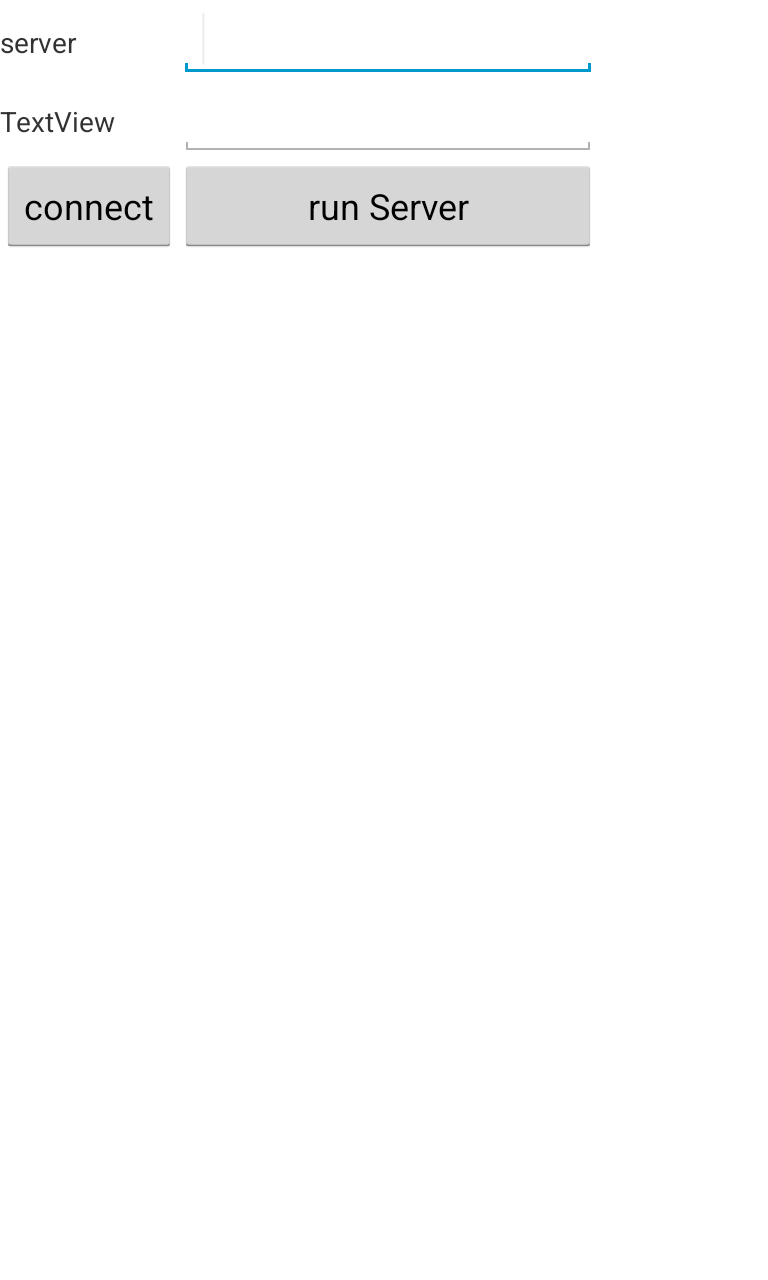
Repository: supremehappy/Android
Layout: MessengerTest1/res/layout/activity_main.xml
These files come from the project's save history. The layout is drawn as it stood at one moment and after the next save; the edit follows.
It is drawn on a 768 x 1280 px phone screen (xhdpi) without system bars, with theme AppTheme; the app's code is not run.

Above is the layout before, as saved 2017-09-05 01:27:47.

### MessengerTest1/res/layout/activity_main.xml
<LinearLayout xmlns:android="http://schemas.android.com/apk/res/android"
    xmlns:tools="http://schemas.android.com/tools"
    android:id="@+id/LinearLayout1"
    android:layout_width="match_parent"
    android:layout_height="match_parent"
    android:orientation="vertical"
    tools:context="${relativePackage}.${activityClass}" >

    <TableLayout
        android:layout_width="match_parent"
        android:layout_height="wrap_content" >

        <TableRow
            android:id="@+id/tableRow1"
            android:layout_width="wrap_content"
            android:layout_height="wrap_content" >

            <TextView
                android:id="@+id/textView1"
                android:layout_width="wrap_content"
                android:layout_height="wrap_content"
                android:text="server" />

            <EditText
                android:id="@+id/server_ip"
                android:layout_width="wrap_content"
                android:layout_height="wrap_content"
                android:ems="10" >

                <requestFocus />
            </EditText>

        </TableRow>

        <TableRow
            android:id="@+id/tableRow2"
            android:layout_width="wrap_content"
            android:layout_height="wrap_content" >

            <TextView
                android:id="@+id/textView2"
                android:layout_width="wrap_content"
                android:layout_height="wrap_content"
                android:text="TextView" />

            <EditText
                android:id="@+id/server_port"
                android:layout_width="wrap_content"
                android:layout_height="wrap_content"
                android:ems="10" />

        </TableRow>

        <TableRow
            android:id="@+id/tableRow3"
            android:layout_width="wrap_content"
            android:layout_height="wrap_content" >

            <Button
                android:id="@+id/connect_to_server"
                android:layout_width="wrap_content"
                android:layout_height="wrap_content"
                android:text="connect" />

            <Button
                android:id="@+id/run_as_server"
                android:layout_width="wrap_content"
                android:layout_height="wrap_content"
                android:text="run Server" />

        </TableRow>

        <TableRow
            android:id="@+id/tableRow4"
            android:layout_width="wrap_content"
            android:layout_height="wrap_content" >
        </TableRow>
    </TableLayout>

</LinearLayout>

Loaded but not shown: MessengerTest1/res/values/styles.xml (common file); MessengerTest1/res/values-v11/styles.xml (common file); MessengerTest1/res/values-v14/styles.xml (common file)

After the next save:
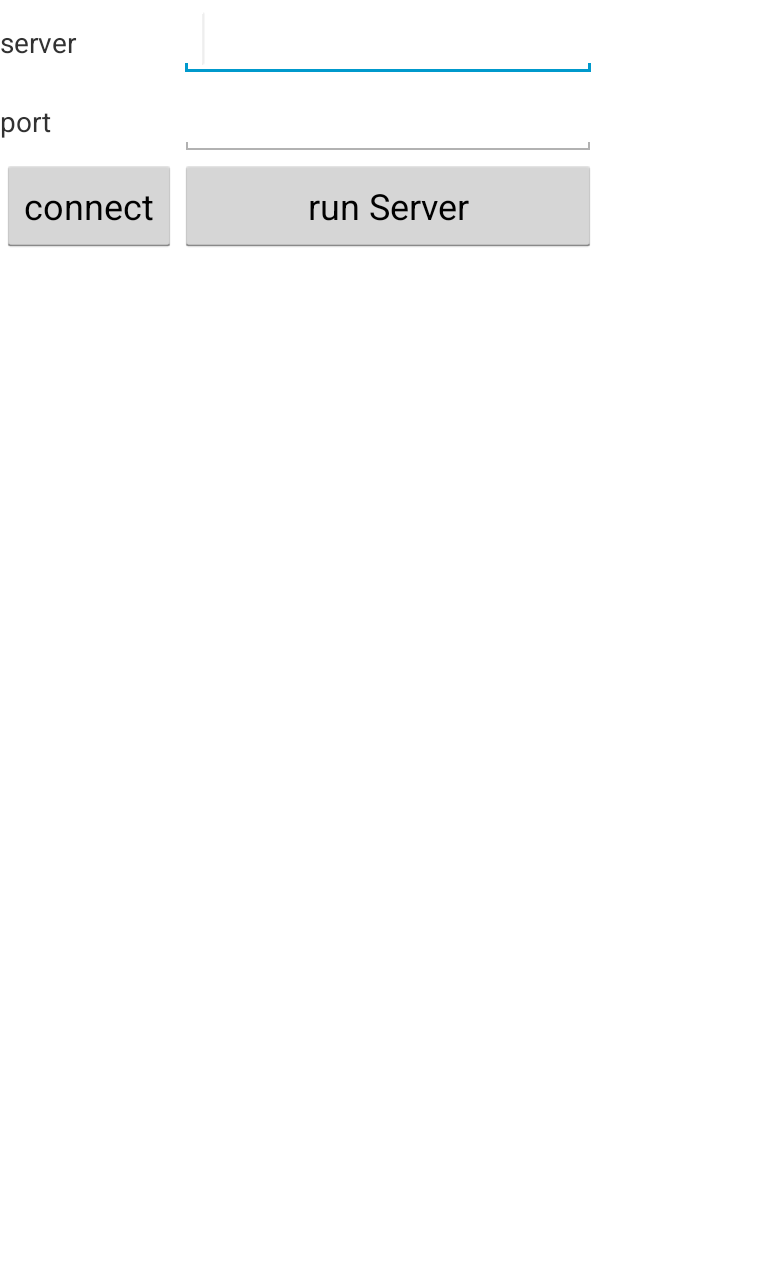
Saved 20 s later.
--- a/MessengerTest1/res/layout/activity_main.xml
+++ b/MessengerTest1/res/layout/activity_main.xml
@@ -41,7 +41,7 @@
                 android:id="@+id/textView2"
                 android:layout_width="wrap_content"
                 android:layout_height="wrap_content"
-                android:text="TextView" />
+                android:text="port" />
 
             <EditText
                 android:id="@+id/server_port"
